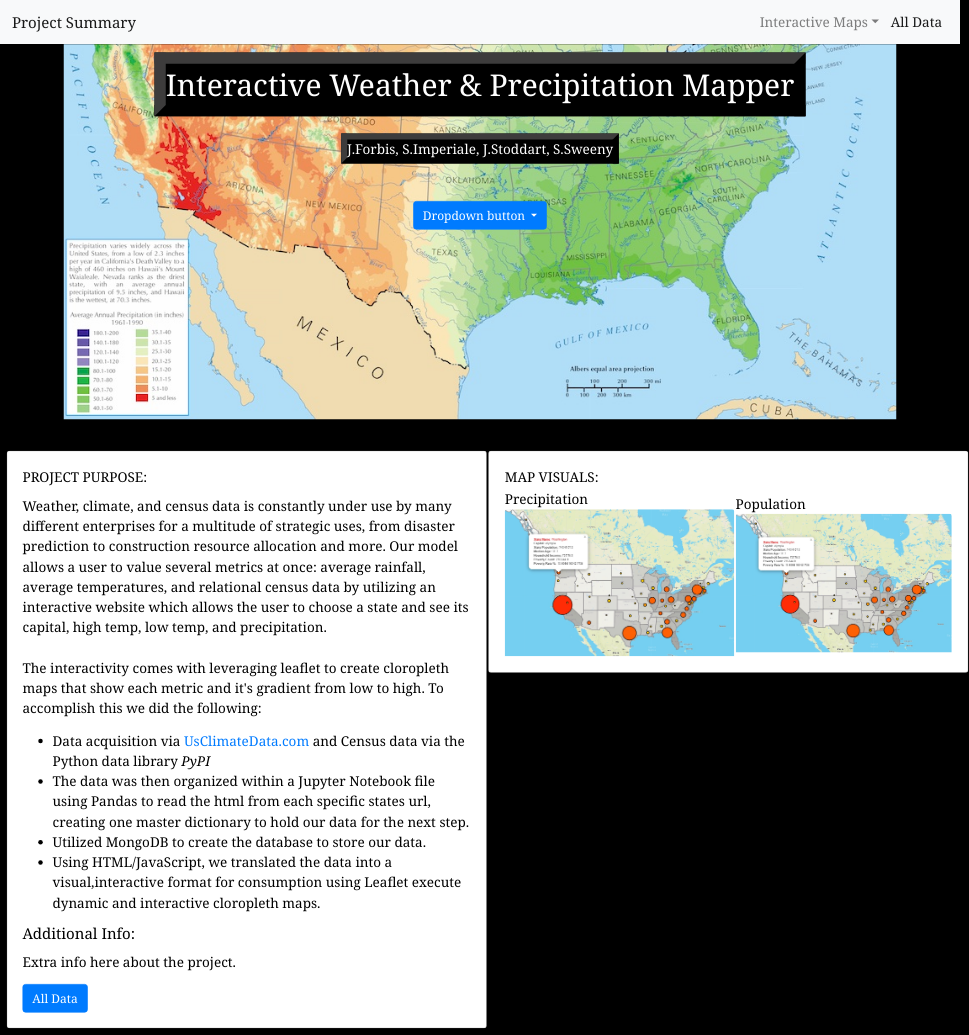
Repository: jforbis/project3-weathermap
Page: http://localhost/
An editor plug-in stored every save of this project. The page is shown before and after the next save, followed by the edit.
The browser window is 1280 px wide. The page is 1292 px wide, then 1280 px, so the pictures cover 1292 px, including what lies to the right of the window. The pictures show the whole page, at 75% of full size.
Backgrounds fixed to the window are drawn as part of the page. The page is served by the project's application, run on Flask 3 (app.py).

Above is the page before, as saved 2021-03-16 01:29:42.

After the next save:
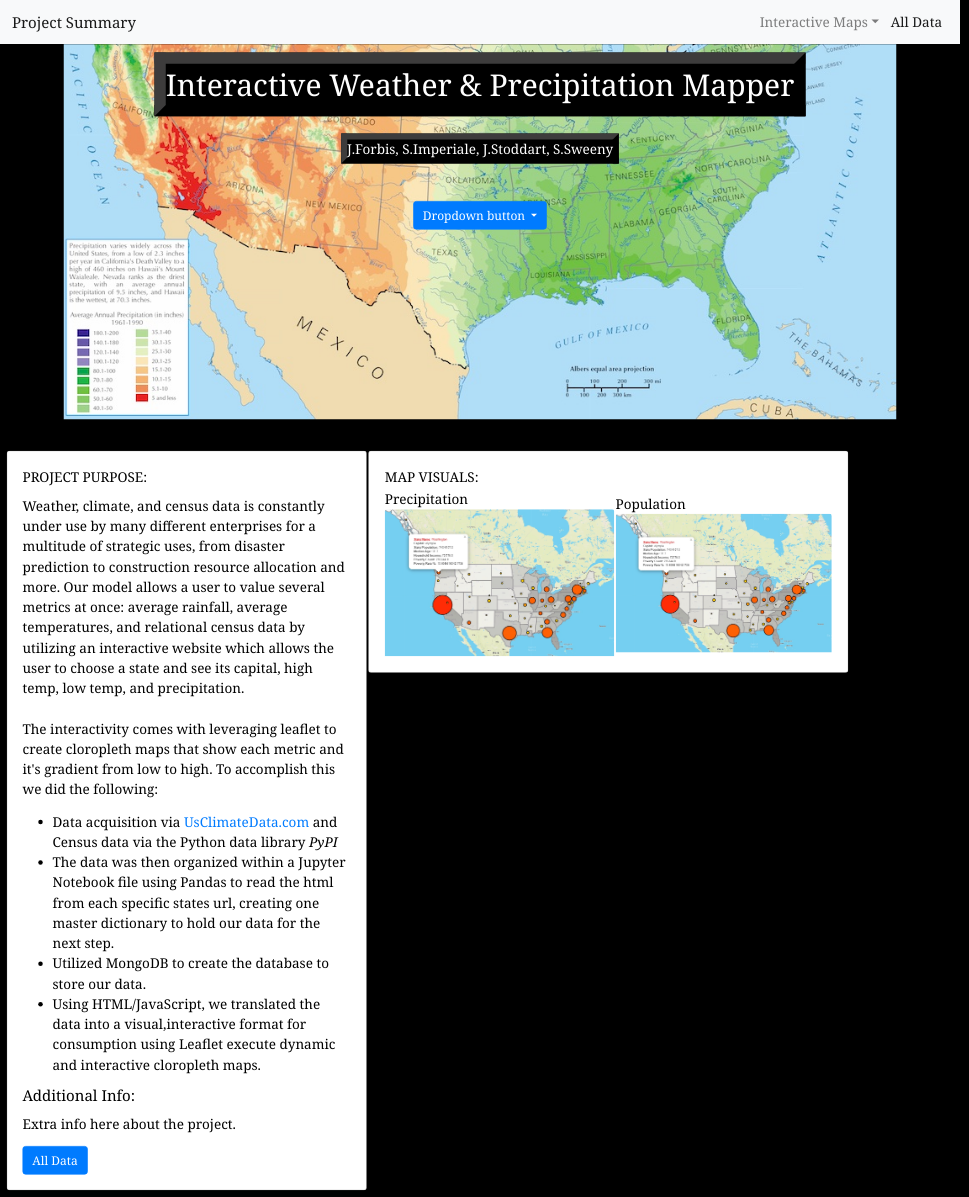
Saved 104 s later.
--- a/templates/index.html
+++ b/templates/index.html
@@ -88,7 +88,7 @@ z-index: 1071;">
         <table>
             <tr>
                 <td style="vertical-align:top">
-                    <div class="card" style="width: 40rem;">
+                    <div class="card" style="width: 30rem;">
                         <!-- Update Image Here If We Even Want One -->
                         <div class="card-body">
                         <div class="card-title">PROJECT PURPOSE:</div>
